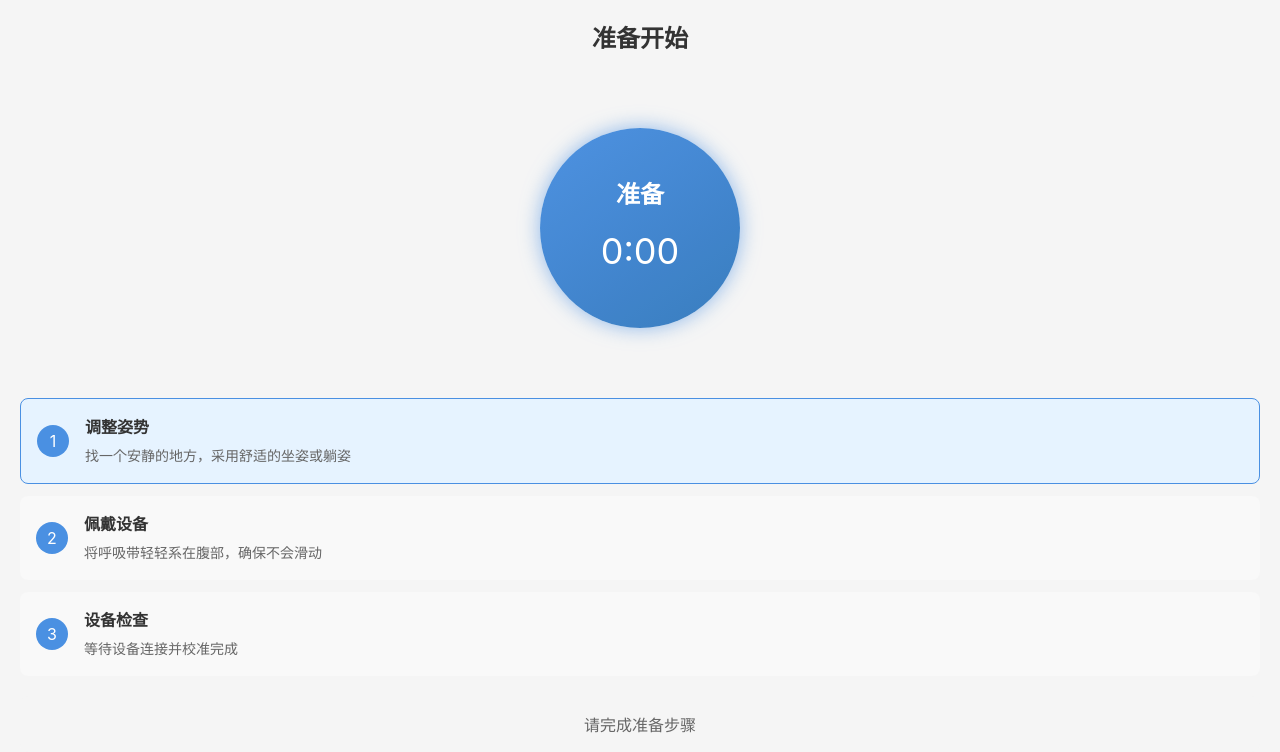
Repository: b55585wy/sync-reactive
Page: /exercise
These files come from the project's save history. The page is drawn as it stood at one moment and after the next save; the edit follows.
The browser window is 1280 px wide. The pictures show the whole page.
The project was rebuilt for these pictures with package versions that can differ from the ones it lists, and the page was loaded fresh each time. Also part of the build but not shown: vite.config.js, src/views/Home.vue.

Above is the page before, as saved 2024-11-20 15:55:34.

After the next save:
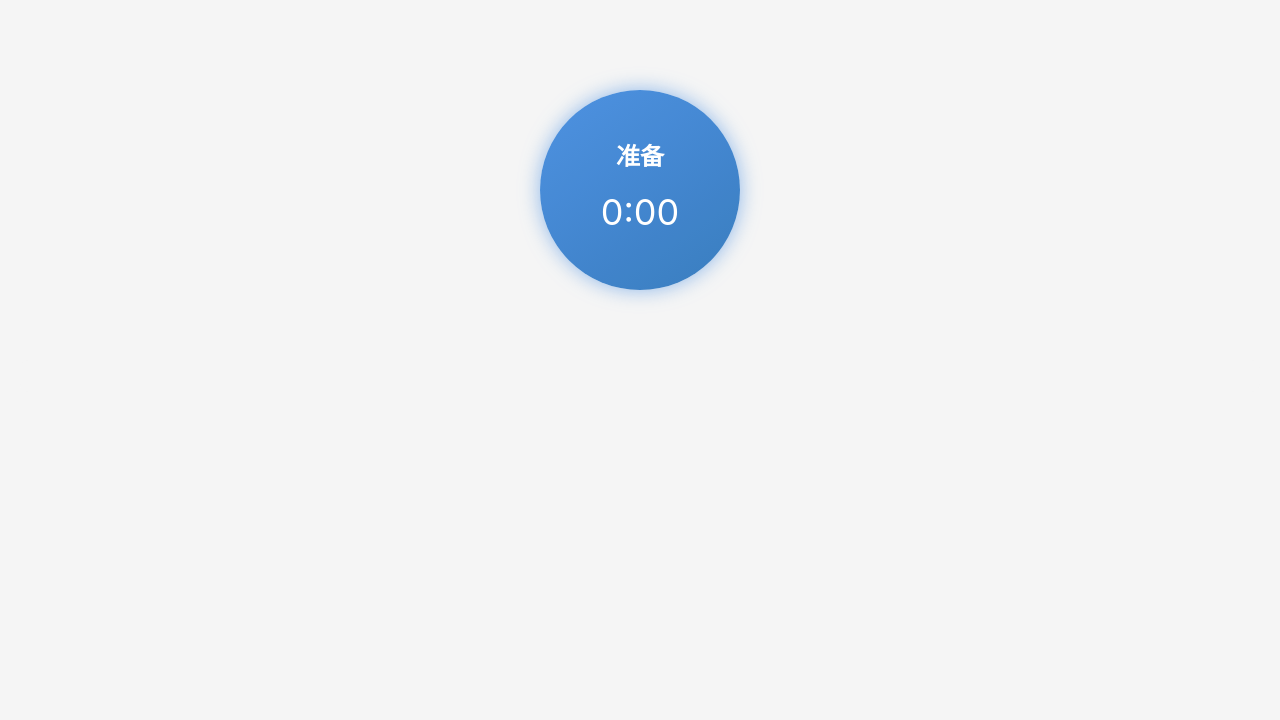
Saved 8 s later.
--- a/src/views/Exercise.vue
+++ b/src/views/Exercise.vue
@@ -47,94 +47,59 @@
   </div>
 </template>
 
-<script>
-import { ref, computed } from 'vue'
-import { useRouter } from 'vue-router'
+<script setup>
+import { ref, onMounted, onBeforeUnmount } from 'vue'
+import { TrainingService } from '@/services/training'
 import BreathingAnimation from '@/components/breathing/BreathingAnimation.vue'
-import { useBreathingStore } from '@/stores/breathing'
 
-export default {
-  name: 'Exercise',
+const training = new TrainingService()
 
-  components: {
-    BreathingAnimation
-  },
+// 状态
+const isPreparationComplete = ref(false)
+const showEndConfirm = ref(false)
 
-  setup() {
-    const router = useRouter()
-    const store = useBreathingStore()
-    const currentStepIndex = ref(0)
-    const isActive = ref(false)
-    const currentTime = ref(0)
-    const deviceConnected = ref(false)
-
-    const preparationSteps = [
-      {
-        title: '调整姿势',
-        description: '找一个安静的地方，采用舒适的坐姿或躺姿',
-        action: () => { /* 姿势调整逻辑 */ }
-      },
-      {
-        title: '佩戴设备',
-        description: '将呼吸带轻轻系在腹部，确保不会滑动',
-        action: async () => {
-          // 尝试连接设备
-          try {
-            await store.connectDevice()
-            deviceConnected.value = true
-          } catch (error) {
-            console.error('设备连接失败:', error)
-          }
-        }
-      },
-      {
-        title: '设备检查',
-        description: '等待设备连接并校准完成',
-        action: async () => {
-          // 设备校准逻辑
-          await store.calibrateDevice()
-        }
-      }
-    ]
-
-    const handleStepClick = async (index) => {
-      if (index <= currentStepIndex.value + 1) {
-        currentStepIndex.value = index
-        await preparationSteps[index].action()
-      }
-    }
-
-    const startTraining = () => {
-      if (canStart.value) {
-        store.startSession()
-        router.push('/training')
-      }
-    }
-
-    const pageTitle = computed(() => '准备开始')
-    const currentPhase = computed(() => 'prepare')
-    const canStart = computed(() =>
-      currentStepIndex.value === preparationSteps.length - 1 &&
-      deviceConnected.value
-    )
-    const startButtonText = computed(() =>
-      canStart.value ? '开始训练' : '请完成准备步骤'
-    )
-
-    return {
-      currentStepIndex,
-      preparationSteps,
-      isActive,
-      currentTime,
-      currentPhase,
-      pageTitle,
-      canStart,
-      startButtonText,
-      handleStepClick,
-      startTraining
-    }
+// 开始训练
+async function startTraining() {
+  try {
+    await training.startTraining()
+    isPreparationComplete.value = true
+  } catch (error) {
+    // 显示错误提示
+    console.error('训练启动失败:', error)
   }
 }
+
+// 暂停训练
+function pauseTraining() {
+  training.pauseTraining()
+}
+
+// 继续训练
+function resumeTraining() {
+  training.resumeTraining()
+}
+
+// 结束训练
+async function endTraining() {
+  showEndConfirm.value = true
+}
+
+// 确认结束训练
+async function confirmEndTraining() {
+  await training.stopTraining()
+  // 导航到总结页面
+  router.push('/summary')
+}
+
+// 生命周期钩子
+onMounted(() => {
+  // 初始化
+})
+
+onBeforeUnmount(() => {
+  // 清理
+  training.stopTraining()
+})
 </script>
 
 <style scoped>
